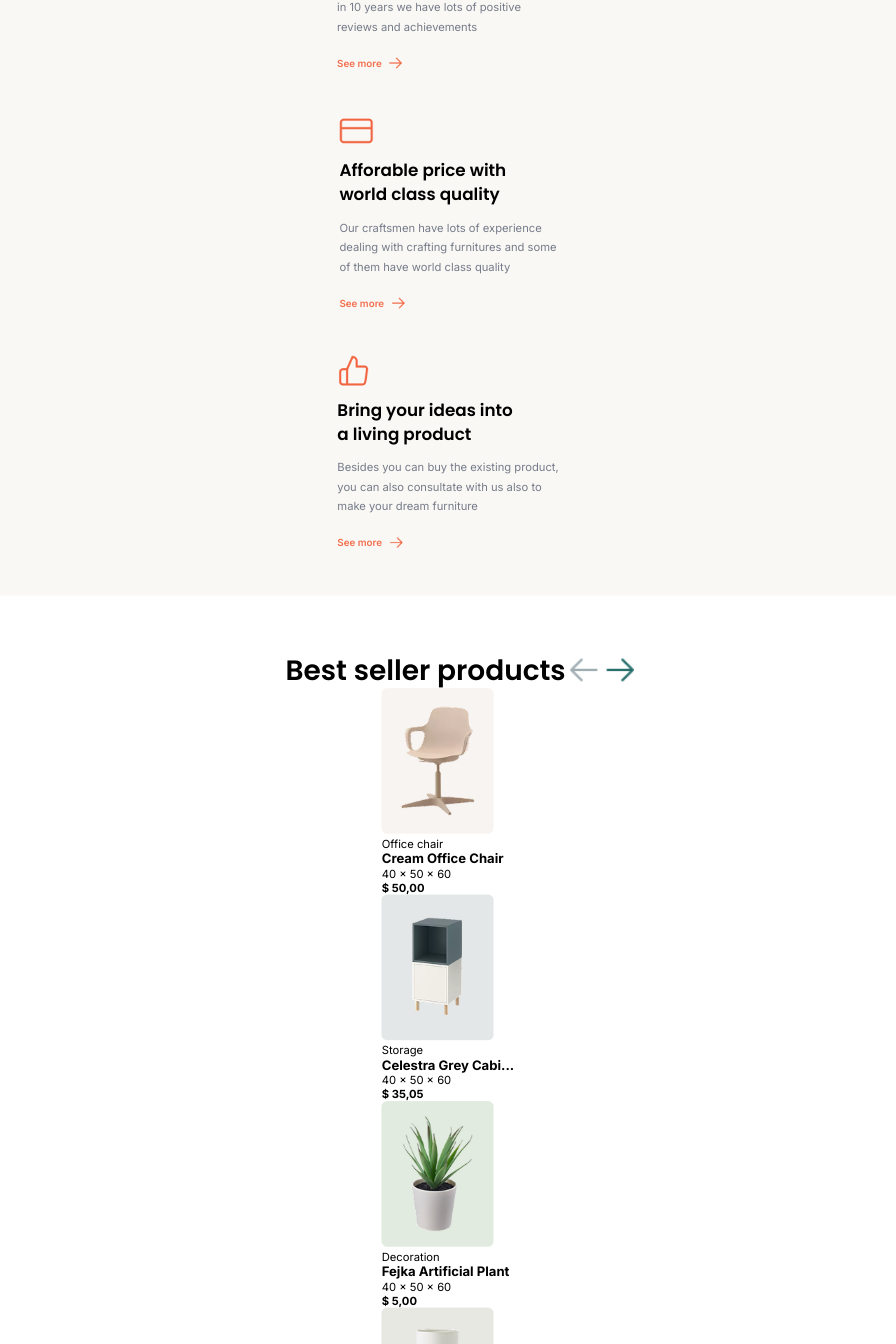
Repository: MatheusEich15/FrontEnd
Page: Prova 1 FrontEnd/Prova 1 FrontEnd/index.html
The author's editor kept a copy of each file at every save. The page is drawn from the files as they stood at one save, then again after the next save.
The browser window is 1280 px wide. The pictures show the part of the page from y = 940 to 2860 px (the page is 6192 px tall), at 70% of full size.

Above is the page before, as saved 2026-03-12 13:41:32.

### Prova 1 FrontEnd/Prova 1 FrontEnd/index.html
<!DOCTYPE html>

<html lang="en">

<head>
    <meta charset="UTF-8">
    <meta name="viewport" content="width=device-width, initial-scale=1.0">
    <title>Coca</title>
    <link rel="stylesheet" href="style.css">
    <!--  -->
</head>

<body>

    <header>

        <div id="links-header"> <!-- div para links do lado esquerdo -->
            <div id="logo-header"><img src="./assets/images/Logo-images/Logo.png" alt="Logo"></div>
            <nav>
                <ul>
                    <li><a href="#"><span>About</span></a></li>
                    <li><a href="#">Blog</a></li>
                    <li><a href="#">Contact</a></li>
                </ul>
            </nav>
        </div>
        <div id="btn-header"> <!-- div para links do lado direito -->
            <a id="sign-in-btn" href="#">Sign In</a>
            <button><img src="./assets/icons/Menu.png" alt="Menu"></button>
        </div>

    </header>

    <main>

        <section id="introduction"> <!-- Introdução ao site -->
            <div id="introduction-content">
                <h3>Explore any kind of furnitures</h3>
                <h1>Better Furniture <br>
                    Better Living</h1>
                <div id="introduction-btn">
                    <a href="#">Check our projects</a>
                    <div id="right-arrow"><img src="./assets/icons/Short Right Arrow.png" alt="Seta"></div>
                </div>
            </div>
        </section>

        <section id="about"> <!-- Sobre o site -->
            <div class="title">
                <h2>What we provide</h2>
            </div>
            <div id="about-items"> <!-- Informações básicas -->
                <div class="about-item">
                    <img src="./assets/icons/Home.png" alt="Ícone de Home">
                    <h3>10 years of experience <br>
                        in furniture business</h3>
                    <p>We’re already established since 2012, and <br>
                        in 10 years we have lots of positive <br>
                        reviews and achievements</p>
                    <div id="see-more-btn">
                        <a href="#">See more</a>
                        <img src="./assets/icons/Normal Right Arrow.png" alt="Seta">
                    </div>
                </div>
                <div class="about-item">
                    <img src="./assets/icons/Credit Card.png" alt="Ícone de Cartão de Crédito">
                    <h3>Afforable price with <br>
                        world class quality</h3>
                    <p>Our craftsmen have lots of experience <br>
                        dealing with crafting furnitures and some <br>
                        of them have world class quality</p>
                    <div id="see-more-btn">
                        <a href="#">See more</a>
                        <img src="./assets/icons/Normal Right Arrow.png" alt="Seta">
                    </div>
                </div>
                <div class="about-item">
                    <img src="./assets/icons/Thumbs Up.png" alt="Ícone de Polegares Para Cima">
                    <h3>Bring your ideas into <br>
                        a living product</h3>
                    <p>Besides you can buy the existing product, <br>
                        you can also consultate with us also to <br>
                        make your dream furniture</p>
                    <div id="see-more-btn">
                        <a href="#">See more</a>
                        <img src="./assets/icons/Normal Right Arrow.png" alt="Seta">
                    </div>
                </div>
            </div>
        </section>

        <section id="products"> <!-- Produtos disponíveis -->
            <div class="title-arrows">
                <h2>Best seller products</h2>
                <div class="title-btn">
                    <img src="./assets/icons/Normal Left Arrow Sells.png" alt="Seta">
                    <img src="./assets/icons/Normal Right Arrow Sells.png" alt="Seta">
                </div>
            </div>
            <div id="products-items">
                <div class="product-item">
                    <img src="./assets/images/Products-images/Cream Office Chair.png" alt="Cadeira de Escritório Cor Creme">
                    <p>Office chair</p>
                    <h3>Cream Office Chair</h3>
                    <p>40 x 50 x 60</p>
                    <h4>$ 50,00</h4>
                </div>
                <div class="product-item">
                    <img src="./assets/images/Products-images/Celestra Grey Cabi.png" alt="Armário Pequeno Cor Cinza e Branco">
                    <p>Storage</p>
                    <h3>Celestra Grey Cabi...</h3>
                    <p>40 x 50 x 60</p>
                    <h4>$ 35,05</h4>
                </div>
                <div class="product-item">
                    <img src="./assets/images/Products-images/Fejka Artificial Plant.png" alt="Planta Artificial em Vaso Cor Cinza">
                    <p>Decoration</p>
                    <h3>Fejka Artificial Plant</h3>
                    <p>40 x 50 x 60</p>
                    <h4>$ 5,00</h4>
                </div>
                <div class="product-item">
                    <img src="./assets/images/Products-images/White Standing La.png" alt="Luminária Cor Branca">
                    <p>Lightings</p>
                    <h3>White Standing La...</h3>
                    <p>40 x 50 x 60</p>
                    <h4>$ 23,58</h4>
                </div>
                <div class="product-item">
                    <img src="./assets/images/Products-images/Brown Wood Table.png" alt="Mesa de Madeira Cor Marrom">
                    <p>Bedside table</p>
                    <h3>Brown Wood Table</h3>
                    <p>40 x 50 x 60</p>
                    <h4>$ 23,58</h4>
                </div>
                <div class="product-item">
                    <img src="./assets/images/Products-images/Morliden Book Rac.png" alt="Armário Médio Moderno Cor Branca">
                    <p>Storage</p>
                    <h3>Morliden Book Rac...</h3>
                    <p>40 x 50 x 60</p>
                    <h4>$ 117,73</h4>
                </div>
            </div>
        </section>

        <section id="projects"> <!-- Demonstrações de projetos -->
            <div class="title">
                <h2><span>Our latest project</span></h2>
            </div>
            <div id="projects-items">
                <div class="project-item">
                    <img src="./assets/images/Projects-images/Kitchen.png" alt="Demonstração de Cozinha">
                    <h3>KITCHEN</h3>
                    <p>Architech & Interior Design - 2023</p>
                </div>
                <div class="project-item">
                    <img src="./assets/images/Projects-images/Livingroom.png" alt="Demonstração de Sala de Estar">
                    <h3>LIVINGROOM</h3>
                    <p>Architech & Interior Design - 2023</p>
                </div>
                <div class="project-item">
                    <img src="./assets/images/Projects-images/Bedroom.png" alt="Demonstração de Quarto">
                    <h3>BEDROOM</h3>
                    <p>Architech & Interior Design - 2023</p>
                </div>
                <div class="project-item">
                    <img src="./assets/images/Projects-images/Bathroom.png" alt="Demonstração de Banheiro">
                    <h3>BATHROOM</h3>
                    <p>Architech & Interior Design - 2023</p>
                </div>
            </div>
            <div id="project-btn"> <!-- Seta do Desktop para ver mais projetos -->
                <img src="./assets/icons/Normal Right Arrow Projects.png" alt="Seta">
            </div>
        </section>

        <section id="news"> <!-- Novidades -->
            <div id="news-content">
                <h3>Newcomer product</h3>
                <div class="title">
                    <h2>2 seater Sofa</h2>
                </div>
                <p>Lorem ipsum dolor sit amet, consectetur adipiscing elit. Egestas luctus malesuada et volutpat, pellentesque dignissim suscipit. </p>
                <div id="available-colors">
                    <h4>Available Colors</h4>
                    <img src="./assets/images/News-images/Available Colors.png" alt="Cores Disponíveis">
                </div>
                <div id="news-btn">
                    <a href="#">Shop Now</a>
                    <div id="right-arrow"><img src="./assets/icons/Short Right Arrow.png" alt="Seta"></div>
                </div>
            </div>
        </section>

        <section id="testimonials">
            <div class="title">
                <h2>What our clients say</h2>
                <div class="title-btn">
                    <img src="./assets/icons/Normal Left Arrow Sells.png" alt="Seta">
                    <img src="./assets/icons/Normal Right Arrow Sells.png" alt="Seta">
                </div>
            </div>
            <div id="testimonials-card">
                <img src="./assets/images/Testimonials-images/Testimonial Person.png" alt="Foto de pessoa">
                <img src="./assets/icons/Testimonial Person “.png" alt="Ícone de Aspas Duplas">
                <h3>As expected, 10 years
                    experience on furniture
                    business will not disappointing
                    at all</h3>
                <p>As they said, their 10 years of
                    experience in furniture and interior
                    business is real. They work it
                    professionally and friendly at the
                    same time and of course the results
                    is beyond my expectations.</p>
                <h4>Roy Rakabuming</h4>
                <div id="1-decorative">
                    <p>1</p>
                </div>
            </div>
        </section>

    </main>

    <footer>

        <div id="footer-top"> <!-- Parte superior à divisória do footer -->
            <div id="logo-footer"><img src="./assets/images/Logo-images/Logo.png" alt="Logo"></div>
            <div><h4>Better Furniture, Better Living</h4></div>
            <div id="footer-contact">
                <div id="address">
                    <div id="address-title">
                        <img src="./assets/icons/Pin.png" alt="Marcador">
                        <h4>Address</h4>
                    </div>
                    <p>7319 Wagon Lane Bradenton, FL 34203</p>
                </div>
                <div id="contact-us">
                    <div id="contact-us-title">
                        <img src="./assets/icons/Envelope.png" alt="Envelope">
                        <h4>Contact Us</h4>
                    </div>
                    <p>hellosansbrothers@gmail.com</p>
                </div>
            </div>
            <div id="footer-links"> <!-- Links do footer -->
                <nav id="footer-website">
                    <h2>Website</h2>
                    <ul>
                        <li><a href="#">Home</a></li>
                        <li><a href="#">About Us</a></li>
                        <li><a href="#">Services</a></li>
                        <li><a href="#">Contact Us</a></li>
                    </ul>
                </nav>
                <nav id="footer-products">
                    <h2>Products</h2>
                    <ul>
                        <li><a href="#">Tables</a></li>
                        <li><a href="#">Chairs</a></li>
                        <li><a href="#">Storages</a></li>
                        <li><a href="#">Decorations</a></li>
                    </ul>
                </nav>
            </div>
        </div>
        <div id="footer-bottom"> <!-- Parte inferior à divisória do footer -->
            <div id="copyrights">
                <p>© Sans Brothers</p>
            </div>
            <div id="footer-policy">
                <p>Privacy and Terms</p>
                <p>Legal Notice</p>
                <p>Languanges</p>
            </div>
            <div id="footer-media">
                <img src="./assets/icons/Facebook Logo.png" alt="Logo do Facebook">
                <img src="./assets/icons/Instagram Logo.png" alt="Logo do Intagram">
                <img src="./assets/icons/Twitter Logo.png" alt="Logo do Twitter">
                <img src="./assets/icons/Linkedin Logo.png" alt="Logo do Linkedin">
            </div>
        </div>

    </footer>

</body>

</html>

### Prova 1 FrontEnd/Prova 1 FrontEnd/style.css
@import url('https://fonts.googleapis.com/css2?family=Inter:ital,opsz,wght@0,14..32,100..900;1,14..32,100..900&family=Poppins:ital,wght@0,100;0,200;0,300;0,400;0,500;0,600;0,700;0,800;0,900;1,100;1,200;1,300;1,400;1,500;1,600;1,700;1,800;1,900&family=Raleway:ital,wght@0,100..900;1,100..900&display=swap');

:root {
    --p-font: Inter; /* Fonte de parágrafos */
    --h-font: Poppins; /* Fonte de Títulos */
    --i-font: Raleway; /* Fonte de informações */
    --white: #FFFFFF;
    --off-white: #FAF8F4;
    --blue: #0F3141;
    --black: #000000;
    --orange: #F16F4F;
    --lite-orange: #EF7D60;
    --grey: #757B8A;
}

* {
    margin: 0;
    padding: 0;
    font-family: var(--p-font);
}

li {
    list-style: none;
}

a {
    text-decoration: none;
    color: var(--black);
}

button {
    background-color: transparent;
    border: none;
}

header {
    margin: 0.75rem 1.25rem 0rem 1.25rem;
    display: flex;
    justify-content: space-between;
    align-items: center;
}

#links-header nav {
    display: none;
}

#btn-header a {
    display: none;
}

#introduction {
    background: linear-gradient(to bottom, var(--white) 0%, var(--white) 20%, transparent 100%), url(./assets/images/Instroduction-images/Introduction\ Background\ Image.png);
    background-position: bottom;
    background-repeat: no-repeat;
    background-size: auto 375px;
}

#introduction-content {
    margin-top: 4.813rem;
    color: var(--black);
    display: flex;
    flex-direction: column;
    align-items: center;
}

#introduction-content h3 {
    font-weight: 500;
    font-size: 0.875rem;
    line-height: 1.875rem;
    letter-spacing: 1%;
    text-transform: uppercase;
    text-align: center;
    color: var(--blue);
}

#introduction-content h1 {
    margin-top: 0.5rem;
    font-family: var(--h-font);
    font-weight: 600;
    font-size: 2.75rem;
    line-height: 3.25rem;
    letter-spacing: -3%;
    text-align: center;
}

#introduction-btn {
    width: 15.125rem;
    height: 3.5rem;
    margin-top: 1.5rem;
    background-color: var(--orange);
    display: flex;
    justify-content: center;
    align-items: center;
    gap: 1rem;
    border-radius: 0.25rem;
    margin-bottom: 12.875rem;
}

#right-arrow {
    width: 2rem;
    height: 2rem;
    border-radius: 100%;
    background-color: var(--lite-orange);
    display: flex;
    justify-content: center;
    align-items: center;
}

#introduction-btn a {
    color: var(--white);
    font-weight: 600;
    font-size: 1.125rem;
    line-height: 100%;
    letter-spacing: -1%;
}

#about {
    display: flex;
    flex-direction: column;
    align-items: center;
    background-color: var(--off-white);
}

.title h2 {
    font-family: var(--h-font);
    margin-top: 5.563rem;
    font-weight: 600;
    font-size: 2.5rem;
    line-height: 100%;
    letter-spacing: -3%;
}

#about-items {
    margin-top: 3.313rem;
    display: flex;
    flex-direction: column;
    align-items: center;
    gap: 3.75rem;
    margin-bottom: 3.938rem;
}

.about-item h3 {
    margin-top: 0.75rem;
    font-family: var(--h-font);
    font-weight: 600;
    font-size: 1.5rem;
    line-height: 2.125rem;
    letter-spacing: -2%;
}

.about-item p {
    margin-top: 1rem;
    color: var(--grey);
    font-weight: 400;
    font-size: 1rem;
    line-height: 1.75rem;
    letter-spacing: 1%;
}

#see-more-btn {
    margin-top: 1.5rem;
    display: flex;
    align-items: center;
    gap: 0.5rem;
}

#see-more-btn a {
    color: var(--orange);
    font-weight: 600;
    font-size: 0.875rem;
    line-height: 1.688rem;
    letter-spacing: 1%;
}

#products {
    display: flex;
    flex-direction: column;
    align-items: center;
}

.title-arrows {
    margin: 5rem 1.938rem 0rem ;
    display: flex;
}

.title-arrows h2 {
    font-family: var(--h-font);
    font-weight: 600;
    font-size: 2.5rem;
    line-height: 3.25rem;
    letter-spacing: -3%;
}

.title-btn {
    display: flex;
}

After the next save:
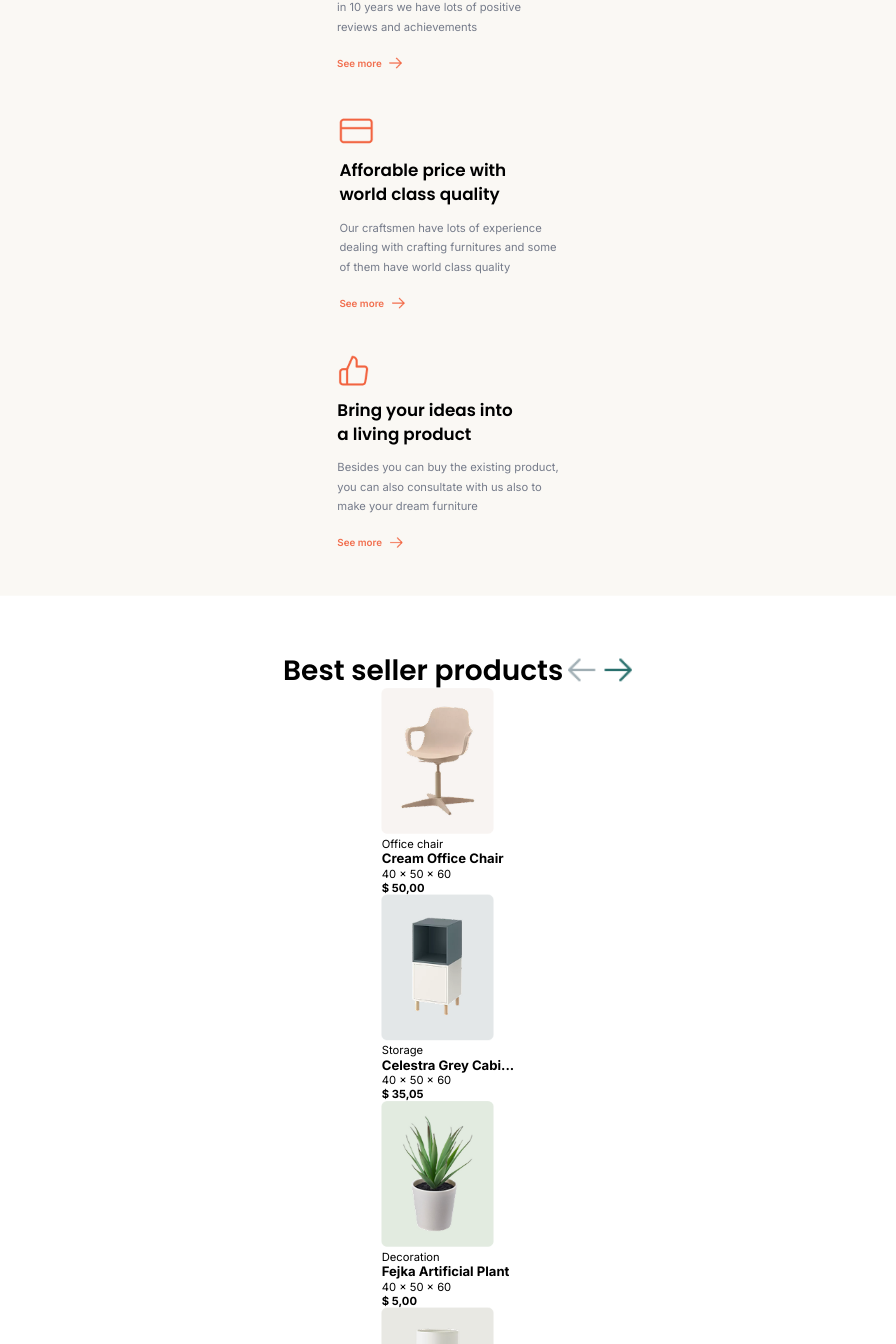
Saved 6 s later.
--- a/Prova 1 FrontEnd/Prova 1 FrontEnd/style.css
+++ b/Prova 1 FrontEnd/Prova 1 FrontEnd/style.css
@@ -179,7 +179,7 @@
 }
 
 .title-arrows {
-    margin: 5rem 1.938rem 0rem ;
+    margin: 5rem 1.938rem 0rem 1.5rem;
     display: flex;
 }
 
